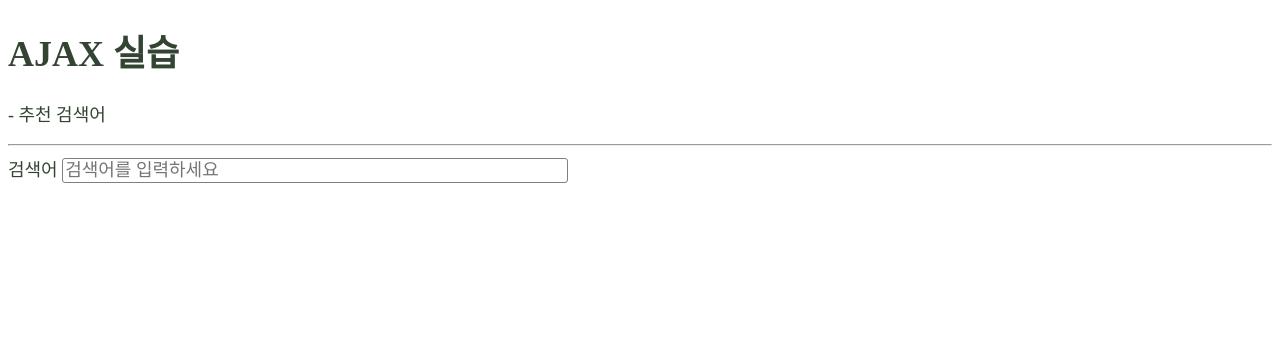
Repository: youngsik0405/Web-study
Page: http://localhost/AjaxApp/AjaxTest05.jsp
An editor plug-in stored every save of this project. The page is shown before and after the next save, followed by the edit.
The browser window is 1280 px wide. The pictures show the whole page.
The page is served by Tomcat 9. Other server files are loaded and not shown.

Above is the page before, as saved 2025-02-03 05:27:45.

### AjaxApp/WebContent/AjaxTest05.jsp
<%@ page contentType="text/html; charset=UTF-8"%>
<%@ taglib prefix="c" uri="http://java.sun.com/jsp/jstl/core"%>
<%
	request.setCharacterEncoding("UTF-8");
	String cp = request.getContextPath();
%>
<!DOCTYPE html>
<html>
<head>
<meta charset="UTF-8">
<title>AjaxTest05.jsp</title>
<link rel="stylesheet" type="text/css" href="<%=cp %>/css/main.css">
<style type="text/css">
	#search
	{
		width: 500px;
	}
	#list
	{
		border: 1px solid gray;
		width: 500px;

		position: absolute;
		left: 70px;
		top: 175.5px;

		display: none;
	}
	#list .item
	{
		padding: 3px;
	}
	#list #footer
	{
		height: 14px;
		background-color: #ddd;
		text-align: right;
		padding: 5px;
		font-size: small;
	}
</style>

<script type="text/javascript" src="<%=cp%>/js/ajax.js"></script>
<script type="text/javascript">

	// 검색창에서 키보드 입력이 있을 때 마다...
	// 그 때 까지의 입력된 단어를 서버로 전송하고
	// 전송된 단어에 적합한 추천 검색어를 받아올 수 있도록 처리
	function search()
	{
		// 확인
		//alert("함수 호출 확인~!!!");

		// 데이터 수집
		// (→ 입력된 값 얻어오기)

		var search = document.getElementById("search").value;

		// 서버로 전송을 수행하기 전에 유효성 검사 --------------------------------------------------

		// ① 검색어가 존재할 경우에만 서버로 전송할 수 있도록 처리
		if (search.replace(" ", "") == "")
		{
			document.getElementById("list").style.display = "none";
			return;
		}


		// ② 입력된 검색어가 완성형 한글일 경우에만 검색 키워드를 서버로 전송할 수 있도록 처리
		//	  → 정규표현식 사용
		//    → /^[가-힣]+$/
		var regEx = /^[가-힣]+$/;

		if (!regEx.test(search))
		{
			return;
		}

		// -------------------------------------------------- 서버로 전송을 수행하기 전에 유효성 검사



		// 확인
		//alert(search);

		// URL 구성
		var url = "test05.do?search=" + search;

		// XMLHttpRequest 객체(→ AJAX 객체) 생성
		ajax = createAjax();						//-- ajax.js

		// 설정
		ajax.open("GET", url, true);
		//ajax.onreadystatechange = 동작;
		ajax.onreadystatechange = function()
		{
			if (ajax.readyState==4 && ajax.status==200)
			{
				// 업무 내용 수행
				callBack();
			}
		};

		// 실행
		ajax.send("");

	}

	// 수행할 업무 내용 정의 (여러 데이터를 갖고와서 붙여야하니까 XML로 처리)
	//-- XML 목록으로 받아온 검색어들을
	//   적당한 리스트로 생성해서 화면에 출력할 수 있도록 처리
	function callBack()
	{
		var doc = ajax.responseXML;

		var root = doc.documentElement;

		var itemList = root.getElementsByTagName("item");

		document.getElementById("items").innerHTML = "";

		if (itemList.length > 0)
		{
			for(var i=0; i<itemList.length; i++)
			{
				document.getElementById("items").innerHTML += "<div class='item'>" + itemList[i].firstChild.nodeValue + "</div>";
			}
		}
		document.getElementById("list").style.dispaly="inline";
	}

</script>

</head>
<body>

<div>
	<h1>AJAX 실습</h1>
	<p>- 추천 검색어</p>
	<hr>
</div>

<div>
	검색어
	<input type="text" id="search" class="control" placeholder="검색어를 입력하세요"
	onkeyup="search()">
</div>

<div id="list">
	<div id="items">
		<div class="item">가나</div>
		<div class="item">가다랑어</div>
		<div class="item">가방</div>
	</div>
	<div id="footer">
		추천 검색어
	</div>
</div>
</body>
</html>

### AjaxApp/WebContent/css/main.css
@charset "UTF-8";


/* main.css */

*
{
	font-family: 맑은 고딕;
	color: #334433;
}

body, p, div, span, input, table, th, td, select
{
	font-size: 18px;
}

.control
{
	border: 1px solid gray;
	border-radius: 3px;
}

.table
{
	border-collapse: collapse;
	width: 100%;
}

.table th, .table td
{
	border: 1px solid gray;
	border-left: 0px;
	border-right: 0px;
	padding: 3px;
	line-height: 150%;
}

.table th
{
	font-weight: bold;
	background-color: #eeeeee;
}

.btn
{
	font-weight: bold;
}

.btn:hover
{
	color: white;
	background-color: #778877;
}

### AjaxApp/WebContent/js/ajax.js
/**
 *  ajax.js
 */

//var xmlHttp;
var ajax;

// AJAX 객체(→ XMLHttpRequest 객체) 생성 함수 정의
function createAjax()
{
	/*
	// ActiveXObject 를 지원하는 브라우저라면...
	if (window.ActiveXObject)								//-- IE 7 이전
	{
		return new ActiveXObject("Msxml2.XMLHTTP");
		// return new ActiveXObject("Microsoft.XMLHTTP");	//line15구문과 같은 뜻~!
		//-- 이와 같은 방식으로 XMLHttpRequest 객체를 생성해서 반환하라.
		//   (ActiveXObject 객체 → XMLHttpRequest 객체의 대리 객체)

	}
	else													//-- 그 외 브라우저
	{
		if (window.XMLHttpRequest)							//-- XMLHttpRequest 지원 브라우저
		{
			return new XMLHttpRequest();
			//-- 이와 같은 방식으로 XMLHttpRequest 객체를 생성해서 반환하라.

		}
		else												//-- AJAX 를 지원하지 않는 브라우저
		{
			return null;
		}
	}
	*/

	if (window.XMLHttpRequest)
	{
		return new XMLHttpRequest();

	}
	else if (window.ActiveXObject)
	{
		//return new ActiveXObject("Msxml2.XMLHTTP");
		return new ActiveXObject("Microsoft.XMLHTTP");	//line43구문과 같은 뜻~!
	}
	else
	{
		return null;
	}
}

After the next save:
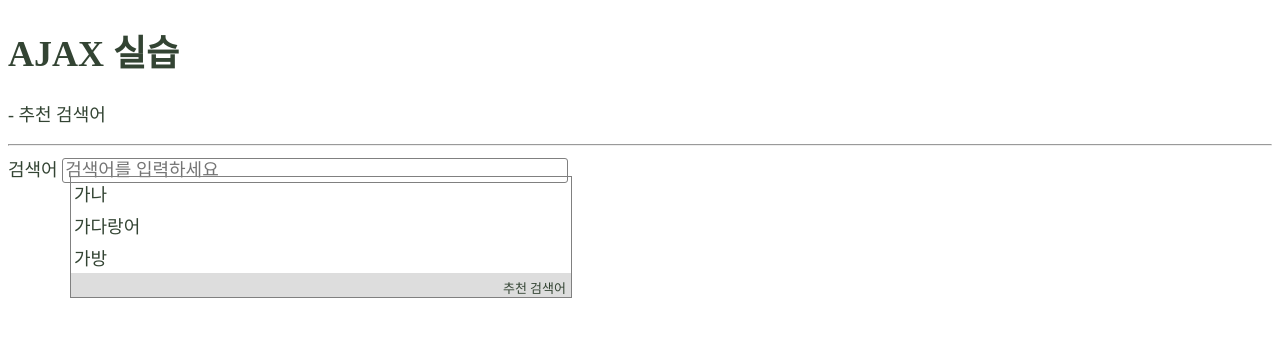
Saved 39 s later.
--- a/AjaxApp/WebContent/AjaxTest05.jsp
+++ b/AjaxApp/WebContent/AjaxTest05.jsp
@@ -24,7 +24,7 @@
 		left: 70px;
 		top: 175.5px;
 
-		display: none;
+		/* display: none; */
 	}
 	#list .item
 	{

After the save that followed:
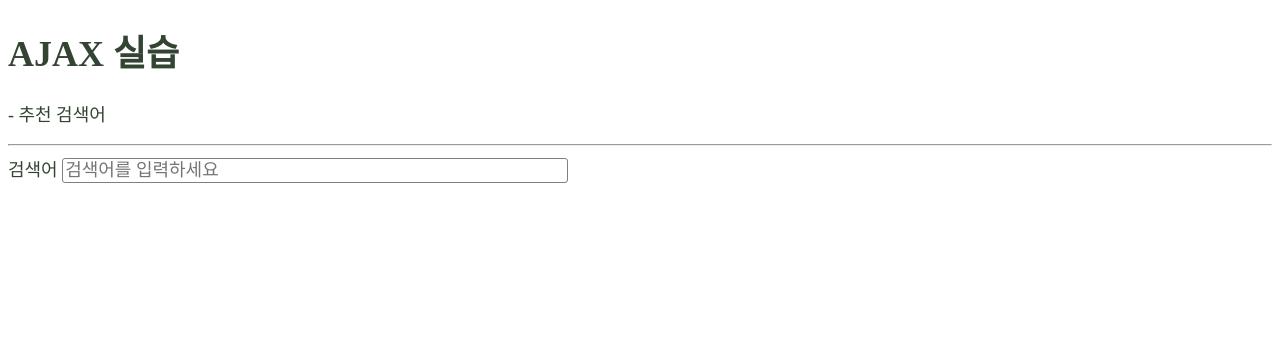
Saved 22 s later.
--- a/AjaxApp/WebContent/AjaxTest05.jsp
+++ b/AjaxApp/WebContent/AjaxTest05.jsp
@@ -24,7 +24,7 @@
 		left: 70px;
 		top: 175.5px;
 
-		/* display: none; */
+		display: none;
 	}
 	#list .item
 	{
